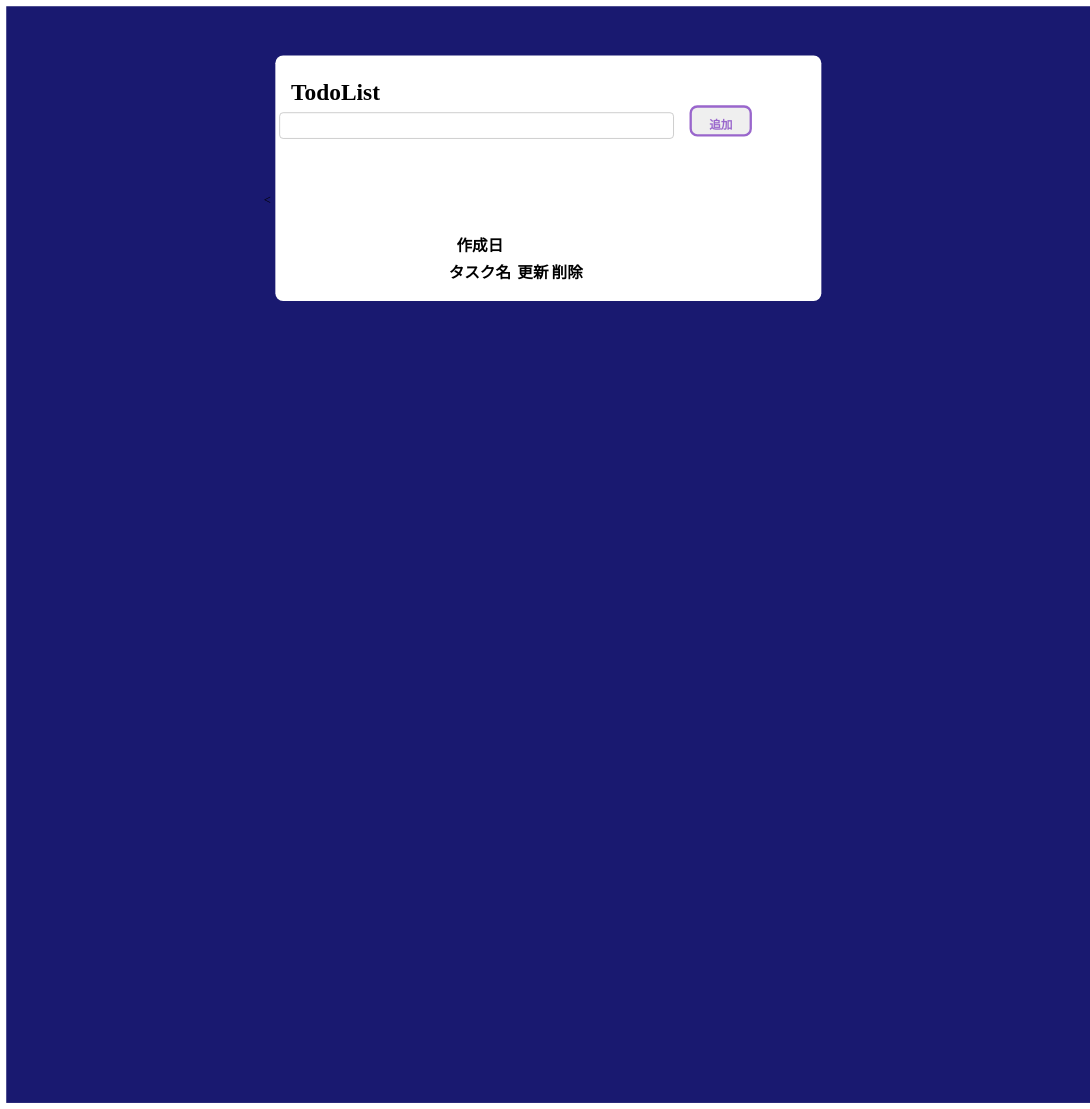
Repository: moro-ayu3/20230304_morohoshi
Page: http://localhost/
These files come from the project's save history. The page is drawn as it stood at one moment and after a run of saves; the edit follows.
The browser window is 1280 px wide. The page is 1398 px wide, so the pictures cover 1398 px, including what lies to the right of the window. The pictures show the whole page, at 78% of full size.
The page is served by the project's Laravel application, run on PHP 8.4 with Laravel 8. Queries for data that is not in the repository find no rows.

Above is the page before, as saved 2023-03-11 12:22:12.

After the next 4 saves:
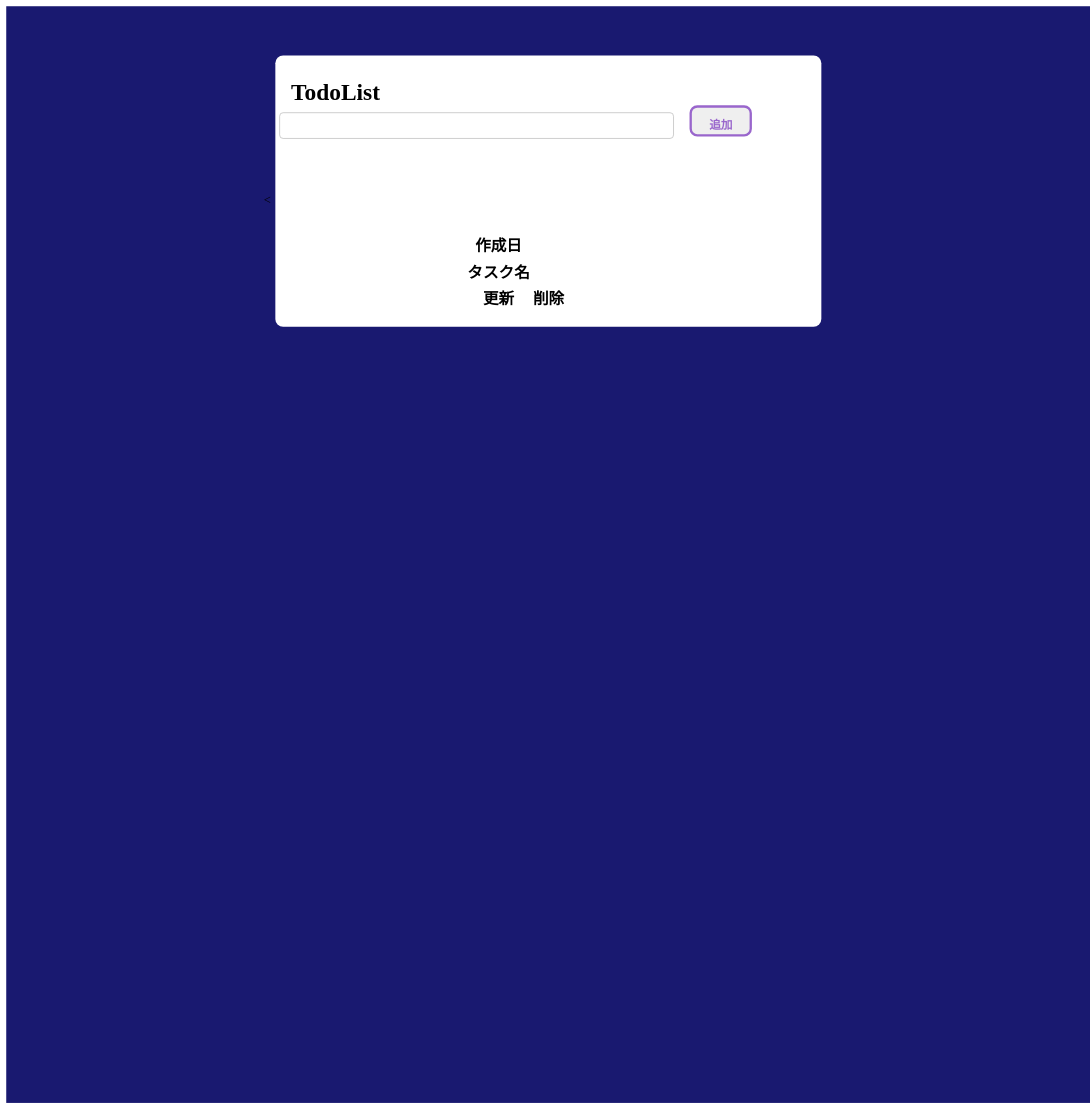
The 4 saves are shown as one change because they came seconds apart.
The last was saved 23 s later.
--- a/resources/views/index.blade.php
+++ b/resources/views/index.blade.php
@@ -205,7 +205,7 @@
             <tr></tr>
               <th class="name">タスク名</th>
               <td><input type="hidden" name="name"></td>
-
+            </tr>
               <th class="update">更新</th>
               <
               <th class="delete">削除</th>
